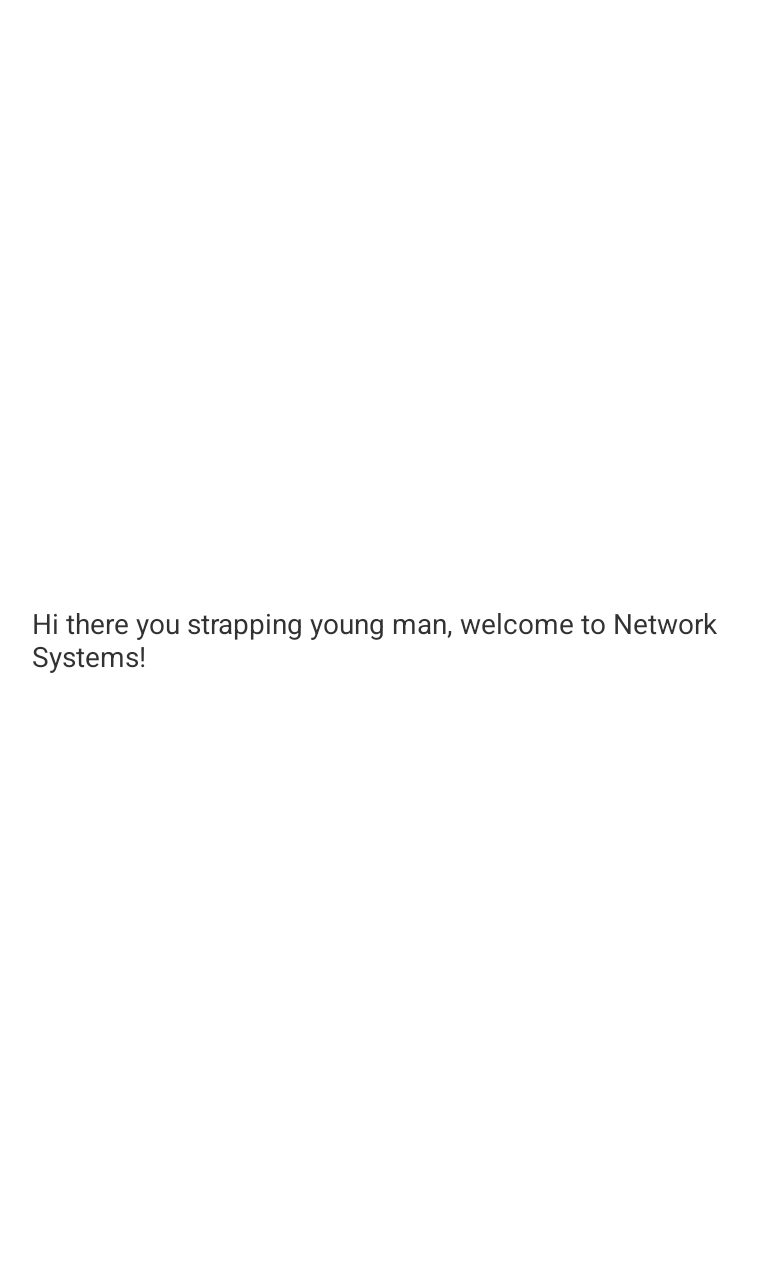
Repository: John-Snoap/Programming
Layout: Network Systems Design/workspace/MyFirstApp/res/layout/activity_main.xml
These files come from the project's save history. The layout is drawn as it stood at one moment and after the next save; the edit follows.
It is drawn on a 768 x 1280 px phone screen (xhdpi) without system bars, with theme AppTheme; the app's code is not run.

Above is the layout before, as saved 2014-01-08 07:10:29.

After the next save:
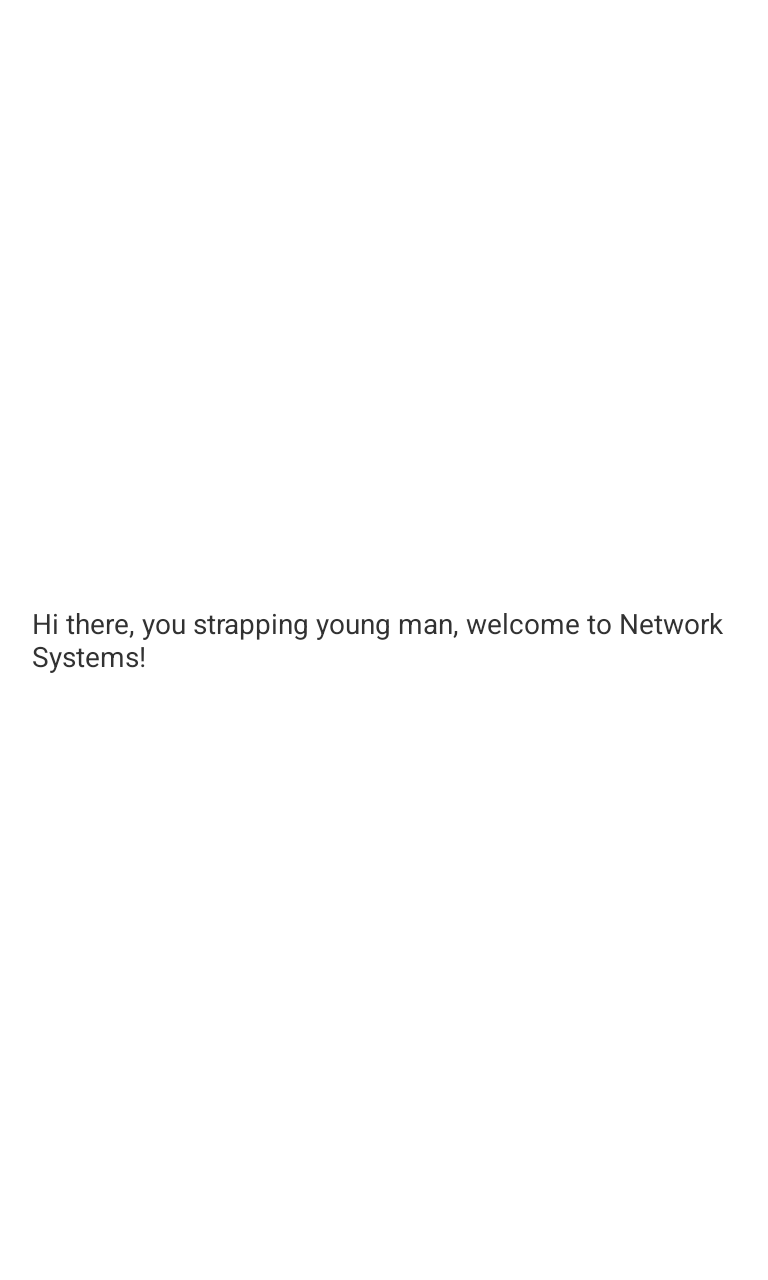
Saved 71 s later.
--- a/Network Systems Design/workspace/MyFirstApp/res/values/strings.xml
+++ b/Network Systems Design/workspace/MyFirstApp/res/values/strings.xml
@@ -4,6 +4,6 @@
     <string name="app_name">My First App</string>
     <string name="action_settings">Settings</string>
     <string name="hello_world">Hello world!</string>
-    <string name="hi_there">Hi there you strapping young man, welcome to Network Systems!</string>
+    <string name="hi_there">Hi there, you strapping young man, welcome to Network Systems!</string>
 
 </resources>
